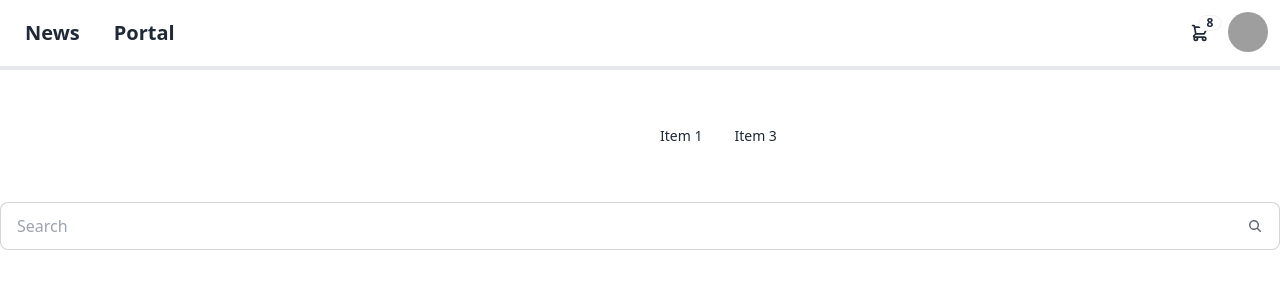
Repository: RudrasahaDibos/news-portal
Page: index.html
The author's editor kept a copy of each file at every save. The page is drawn from the files as they stood at one save, then again after a run of saves.
The browser window is 1280 px wide. The pictures show the whole page.
Pictures or frames that could not be fetched are drawn as grey boxes. Some web libraries are served in a nearby version.

Above is the page before, as saved 2024-11-23 15:00:41.

### index.html
<!DOCTYPE html>
<html lang="en">
<head>
    <meta charset="UTF-8">
    <meta name="viewport" content="width=device-width, initial-scale=1.0">
    <title>news_portals</title>
    <!-- tailwinds  -->
    <link href="https://cdn.jsdelivr.net/npm/daisyui@4.12.14/dist/full.min.css" rel="stylesheet" type="text/css" />
    <script src="https://cdn.tailwindcss.com"></script>

</head>
<body class="container mx-auto ">
    <!-- header starts here -->
        <header>
                   <!-- navbar start here -->
                   <div class="navbar bg-base-100 border-b-4">
                    <div class="flex-1">
                      <a class="btn btn-ghost text-xl">News</a>
                      <a class="btn btn-ghost text-xl">Portal</a>
                    </div>
                    <div class="flex-none">
                      <div class="dropdown dropdown-end">
                        <div tabindex="0" role="button" class="btn btn-ghost btn-circle">
                          <div class="indicator">
                            <svg
                              xmlns="http://www.w3.org/2000/svg"
                              class="h-5 w-5"
                              fill="none"
                              viewBox="0 0 24 24"
                              stroke="currentColor">
                              <path
                                stroke-linecap="round"
                                stroke-linejoin="round"
                                stroke-width="2"
                                d="M3 3h2l.4 2M7 13h10l4-8H5.4M7 13L5.4 5M7 13l-2.293 2.293c-.63.63-.184 1.707.707 1.707H17m0 0a2 2 0 100 4 2 2 0 000-4zm-8 2a2 2 0 11-4 0 2 2 0 014 0z" />
                            </svg>
                            <span class="badge badge-sm indicator-item">8</span>
                          </div>
                        </div>
                        <div
                          tabindex="0"
                          class="card card-compact dropdown-content bg-base-100 z-[1] mt-3 w-52 shadow">
                          <div class="card-body">
                            <span class="text-lg font-bold">8 Items</span>
                            <span class="text-info">Subtotal: $999</span>
                            <div class="card-actions">
                              <button class="btn btn-primary btn-block">View cart</button>
                            </div>
                          </div>
                        </div>
                      </div>
                      <div class="dropdown dropdown-end">
                        <div tabindex="0" role="button" class="btn btn-ghost btn-circle avatar">
                          <div class="w-10 rounded-full">
                            <img
                              alt="Tailwind CSS Navbar component"
                              src="https://img.daisyui.com/images/stock/photo-1534528741775-53994a69daeb.webp" />
                          </div>
                        </div>
                        <ul
                          tabindex="0"
                          class="menu menu-sm dropdown-content bg-base-100 rounded-box z-[1] mt-3 w-52 p-2 shadow">
                          <li>
                            <a class="justify-between">
                              Profile
                              <span class="badge">New</span>
                            </a>
                          </li>
                          <li><a>Settings</a></li>
                          <li><a>Logout</a></li>
                        </ul>
                      </div>
                    </div>
                  </div>




                  <!-- 2nd start here  -->
                  <div class="navbar bg-base-100 mt-8">
                    <div class="navbar-start">
                      <div class="dropdown">
                        <div tabindex="0" role="button" class="btn btn-ghost lg:hidden">
                          <svg
                            xmlns="http://www.w3.org/2000/svg"
                            class="h-5 w-5"
                            fill="none"
                            viewBox="0 0 24 24"
                            stroke="currentColor">
                            <path
                              stroke-linecap="round"
                              stroke-linejoin="round"
                              stroke-width="2"
                              d="M4 6h16M4 12h8m-8 6h16" />
                          </svg>
                        </div>
                        <ul
                          tabindex="0"
                          class="menu menu-sm dropdown-content bg-base-100 rounded-box z-[1] mt-3 w-52 p-2 shadow">
                          <li><a>Item 1</a></li>

                          <li><a>Item 3</a></li>
                        </ul>
                      </div>

                    </div>
                    <div class="navbar-center hidden lg:flex">
                      <ul class="menu menu-horizontal px-1">
                        <li><a>Item 1</a></li>

                        <li><a>Item 3</a></li>
                      </ul>
                    </div>

                  </div>
                  <!-- 2nd end here -->

                   <!-- navbar end here -->
        </header>
        <!-- header end here -->

        <!-- main is start here -->
         <main>
            <!-- search button start here -->
            <label class="input input-bordered flex items-center gap-2 mt-8">
                <input type="text" class="grow" placeholder="Search" />
                <svg
                  xmlns="http://www.w3.org/2000/svg"
                  viewBox="0 0 16 16"
                  fill="currentColor"
                  class="h-4 w-4 opacity-70">
                  <path
                    fill-rule="evenodd"
                    d="M9.965 11.026a5 5 0 1 1 1.06-1.06l2.755 2.754a.75.75 0 1 1-1.06 1.06l-2.755-2.754ZM10.5 7a3.5 3.5 0 1 1-7 0 3.5 3.5 0 0 1 7 0Z"
                    clip-rule="evenodd" />
                </svg>
              </label>
              <!-- search button ends here -->

         </main>
         <!-- main is end here -->
</body>
</html>

After the next 4 saves:
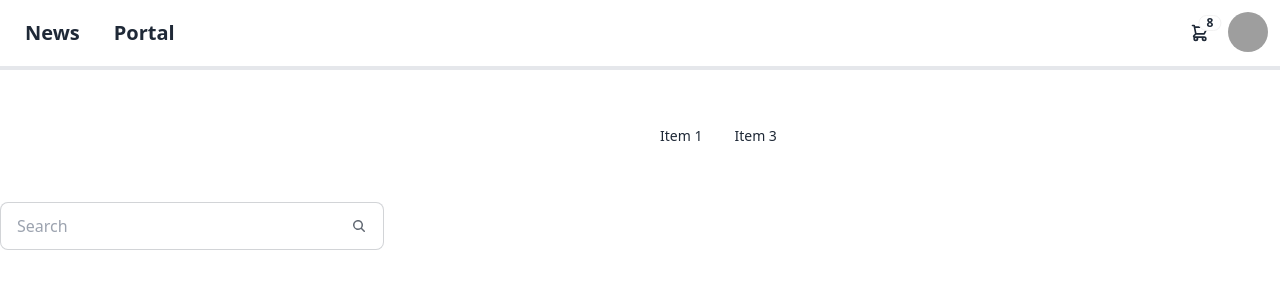
The 4 saves are shown as one change because they came seconds apart.
The last was saved 23 s later.
--- a/index.html
+++ b/index.html
@@ -122,7 +122,7 @@
         <!-- main is start here -->
          <main>
             <!-- search button start here -->
-            <label class="input input-bordered flex items-center gap-2 mt-8">
+            <label class="input input-bordered flex items-center gap-2 mt-8 w-96">
                 <input type="text" class="grow" placeholder="Search" />
                 <svg
                   xmlns="http://www.w3.org/2000/svg"
